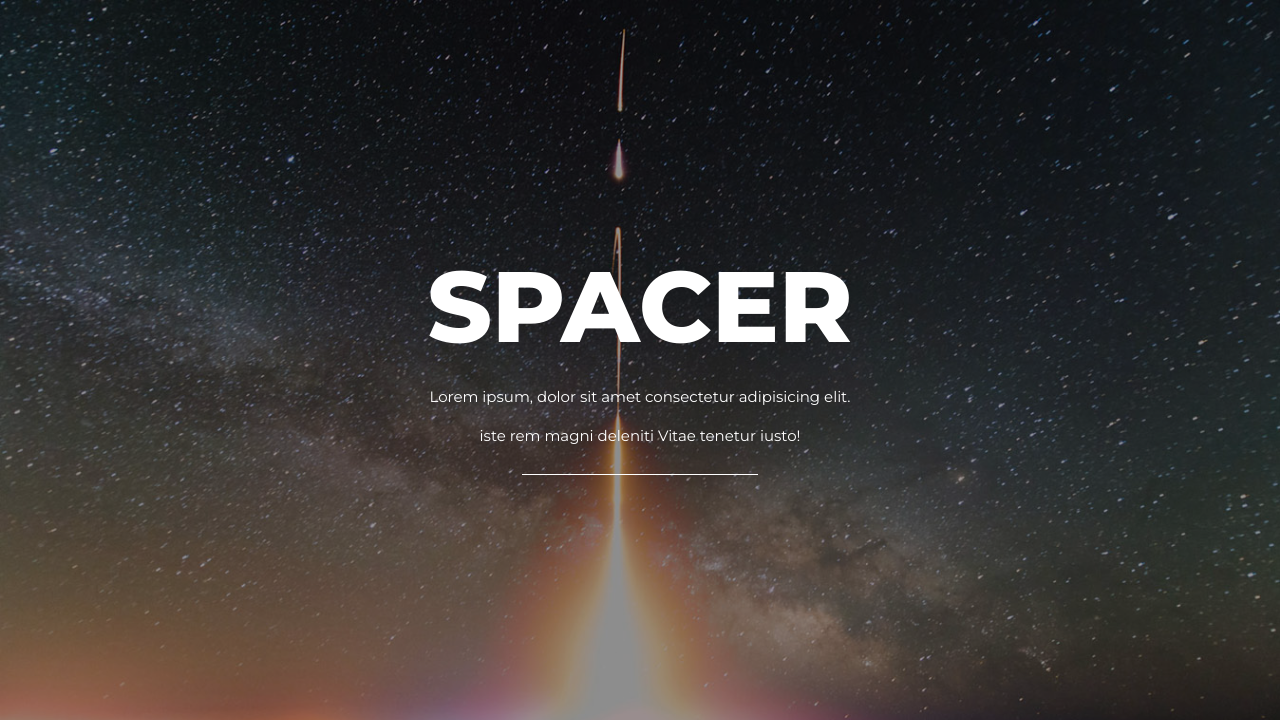
Repository: bwieckowski/spacer-vue-tutorial
Page: /
These files come from the project's save history. The page is drawn as it stood at one moment and after the next save; the edit follows.
The browser window is 1280 px wide. The pictures show the whole page.
The project was rebuilt for these pictures with package versions that can differ from the ones it lists, and the page was loaded fresh each time.

Above is the page before, as saved 2019-01-03 02:16:50.

After the next save:
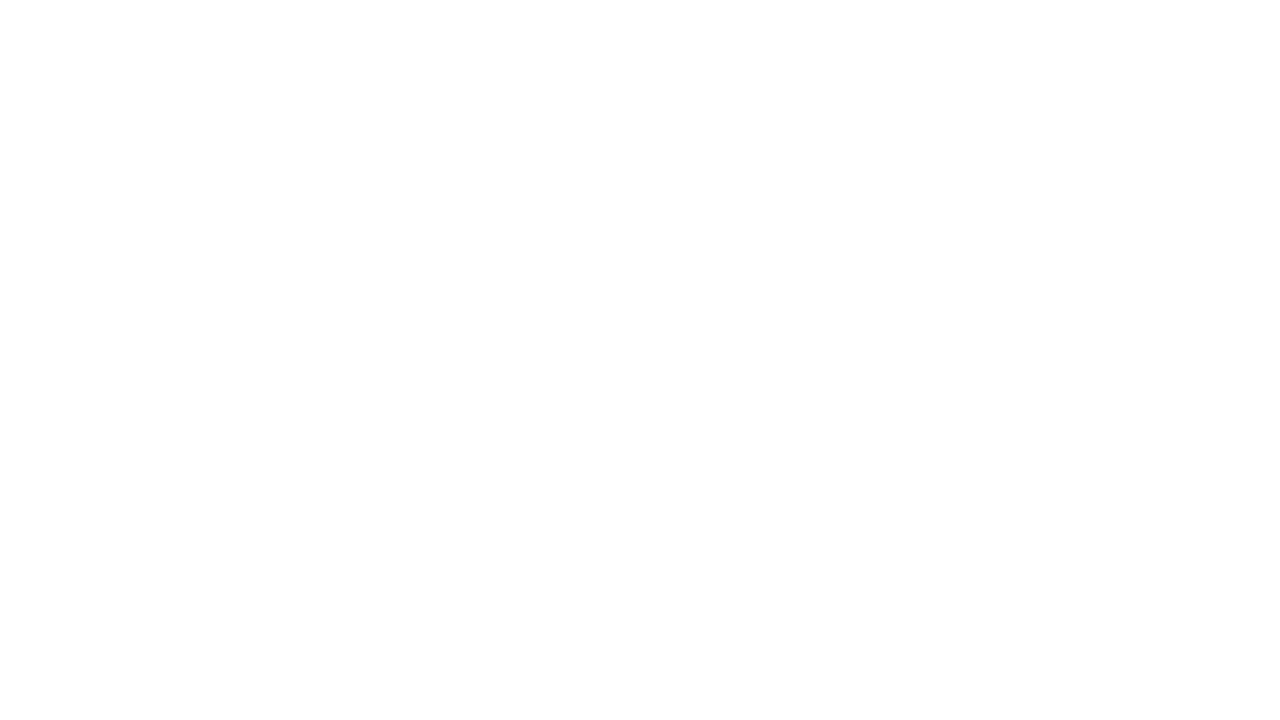
Saved 28 s later.
--- a/src/App.vue
+++ b/src/App.vue
@@ -22,7 +22,7 @@
   data() {
     return {
       loading: false,
-      step: 0,
+      step: 1,
       searchValue: '',
       results: [],
     };

After the save that followed:
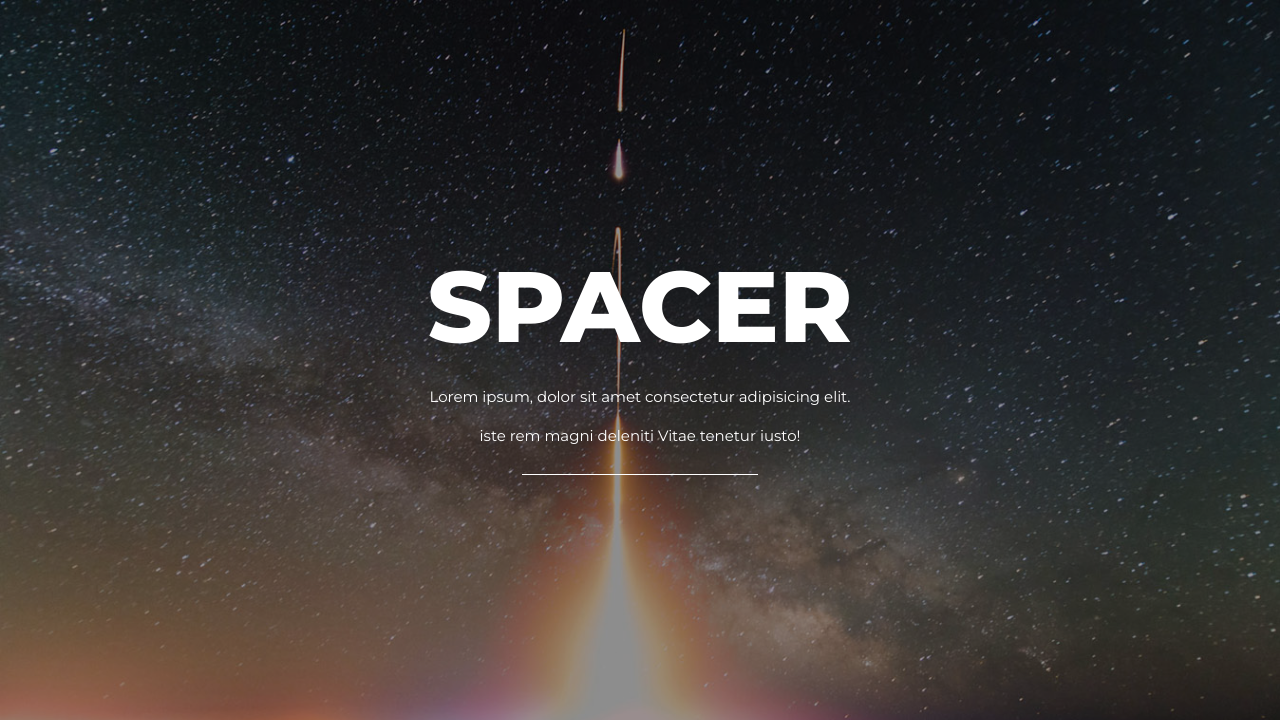
Saved 5 s later.
--- a/src/App.vue
+++ b/src/App.vue
@@ -22,7 +22,7 @@
   data() {
     return {
       loading: false,
-      step: 1,
+      step: 0,
       searchValue: '',
       results: [],
     };
